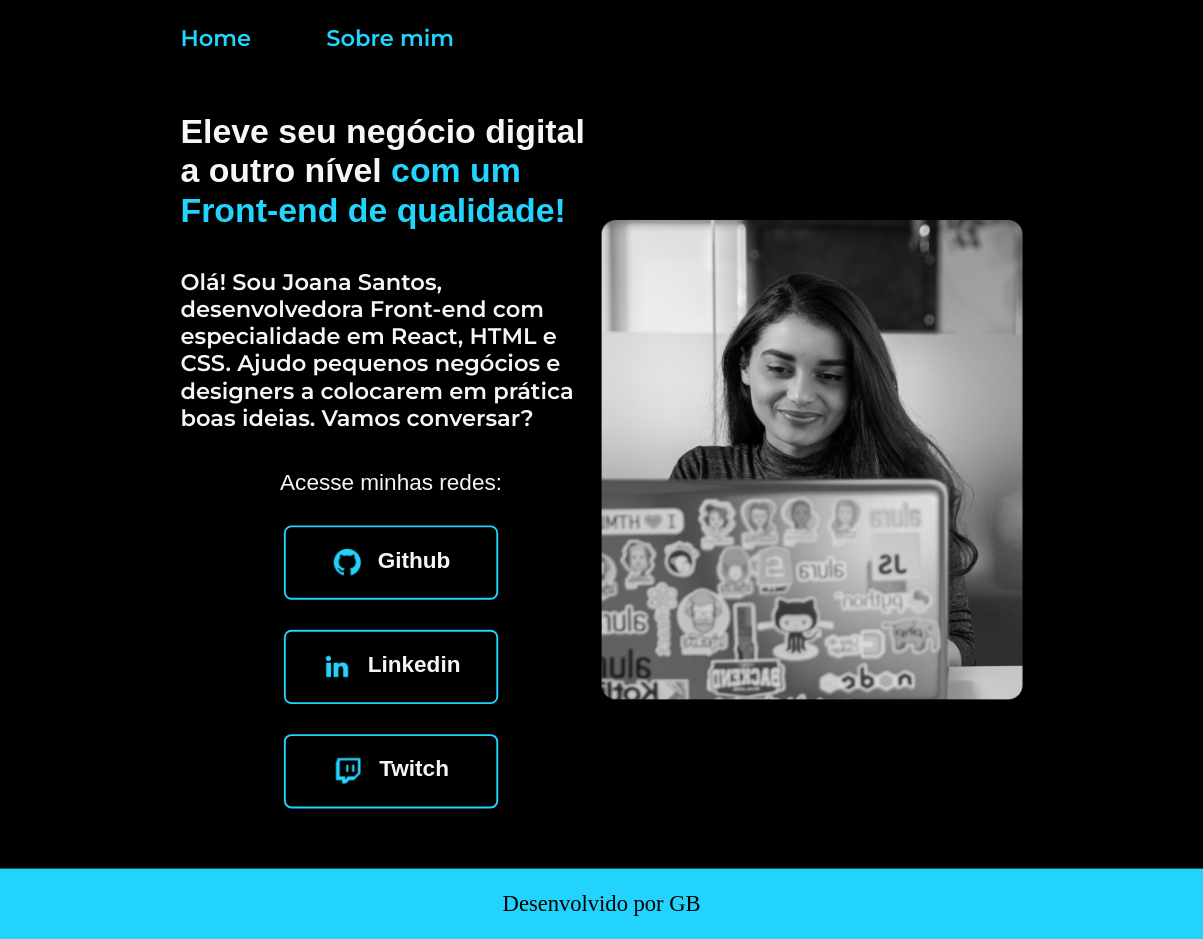
Repository: YoungAkira/CursoHtmlCss
Page: index.html
These files come from the project's save history. The page is drawn as it stood at one moment and after the next save; the edit follows.
The browser window is 1280 px wide. The pictures show the whole page, at 94% of full size.
Some web fonts or font styles are not loaded; a fallback is used.

Above is the page before, as saved 2023-05-24 11:01:28.

### index.html
<!--ESSE PROJETO NÃO É DE MINHA AUTORIA, APENAS UTILIZO-O PARA FINS DIDÁTICOS-->
<!--CREDITOS: ALURA.COM-->

<!DOCTYPE html>
<html lang="pt-br">
<head>
    <meta charset="UTF-8">
    <meta http-equiv="X-UA-Compatible" content="IE=edge">
    <meta name="viewport" content="width=device-width, initial-scale=1.0">
    <title>Portfolio</title>
    <link rel="stylesheet" href="./style/style.css">

</head>
<body>
    <header class="cabecalho">
        <nav class="cabecalho_menu">
            <a class="cabecalho_menu_link" href="index.html">Home</a>
            <a class="cabecalho_menu_link" href="about.html">Sobre mim</a>
        </nav>
    </header>
    <main class="apresentacao">
            <section class="apresentacao_conteudo">
                 <h1 class="apresentacao_conteudo_titulo">Eleve seu
                    negócio digital a outro nível <strong
                    class="titulo-destaque">com um Front-end de qualidade!</strong></h1>

                    <p class="apresentacao_conteudo_texto"> Olá! Sou Joana Santos, desenvolvedora Front-end
                        com especialidade em React, HTML e CSS. Ajudo
                        pequenos negócios e designers a colocarem em
                        prática boas ideias. Vamos conversar?</p>

                    <div class="apresentacao_links">
                        <h2 class="apresentacao_links_subtitulo">Acesse minhas redes:</h2>

                        <a class="apresentacao-links-navegacao" href="https://github.com/YoungAkira" target="_blank">
                            <img src="assets/github.png">
                            Github
                        </a>

                        <a class="apresentacao-links-navegacao" href="linkedin.com" target="_blank">
                            <img src="./assets/linkedin.png">
                            Linkedin
                        </a>

                        <a class="apresentacao-links-navegacao" href="twitch.tv" target="_blank">
                            <img src="./assets/twitch.png">
                            Twitch

                        </a>

                    </div>

            </section>
                    <img class="apresentacao_imagem" src="/assets/imagem.png" alt="Foto Joana Santos programando">
    </main>

    <footer class="rodape">
        <p>Desenvolvido por GB</p>
    </footer>
</body>
</html>

### style/style.css
@import url('https://fonts.googleapis.com/css2?family=Krona+One&family=Montserrat:wght@600&display=swap');


:root{
    --cor-primaria: #000000;
    --cor-secundaria:#F6F6F6;
    --cor-terciaria: #22D4FD;
    --cor-hover:#272727;

    --fonte-primaria: 'Krona One', sans-serif;
    --fonte-secundaria: 'Montserrat',sans-serif;
}


*{
    margin: 0;
    padding: 0;
}


body {
    background-color: var(--cor-primaria);
    box-sizing: border-box;
    color: var(--cor-secundaria);
}


.cabecalho{
    padding: 2% 0% 0% 15%;
}


.cabecalho_menu{
    display: flex;
    gap: 80px;
}



.cabecalho_menu_link{
    font-family: var(--fonte-secundaria);
    font-size: 1.5rem;
    font-weight: 600;
    color: var(--cor-terciaria);
    text-decoration: none;
}


.apresentacao{
    display: flex;
    align-items: center;
    justify-content: space-between;
    padding: 5% 15%;
}


.apresentacao_conteudo{
    width: 50%;
    display: flex;
    flex-direction: column;
    gap: 40px;
}


.apresentacao_conteudo_titulo{
    font-size: 2.25rem;
    font-family: var(--fonte-primaria);
}


.titulo-destaque {
    color: var(--cor-terciaria);
}


.apresentacao_conteudo_texto{
    font-size: 1.5rem;
    font-family: var(--fonte-secundaria);
}


.apresentacao_links{
    display: flex;
    flex-direction: column;
    justify-content: space-between;
    align-items: center;
    gap: 32px;
}


.apresentacao_links_subtitulo{
    font-size: 1.5rem;
    font-family:var(--fonte-primaria);
    font-weight: 400;


}


.apresentacao-links-navegacao{
    display: flex;
    justify-content: center;
    gap:16px;
    border: 2px solid var(--cor-terciaria);
    width: 50%;
    text-align: center;
    border-radius: 8px;
    font-size: 1.5rem;
    padding: 21.5px 0;
    text-decoration: none;
    color : var(--cor-secundaria);
    font-family: var(--fonte-primaria);
    font-weight: 600;
}


.apresentacao-links-link:hover{
    background-color:var(--cor-hover);
    padding: 3%;
}


.apresentacao_imagem{
    width: 50%;


}


.rodape{
    color: var(--cor-primaria);
    background-color: var(--cor-terciaria);
    text-align:center;
    padding: 24PX;
    font-family: var();
    font-size: 1.5rem;
    font-weight: 400;
}

After the next save:
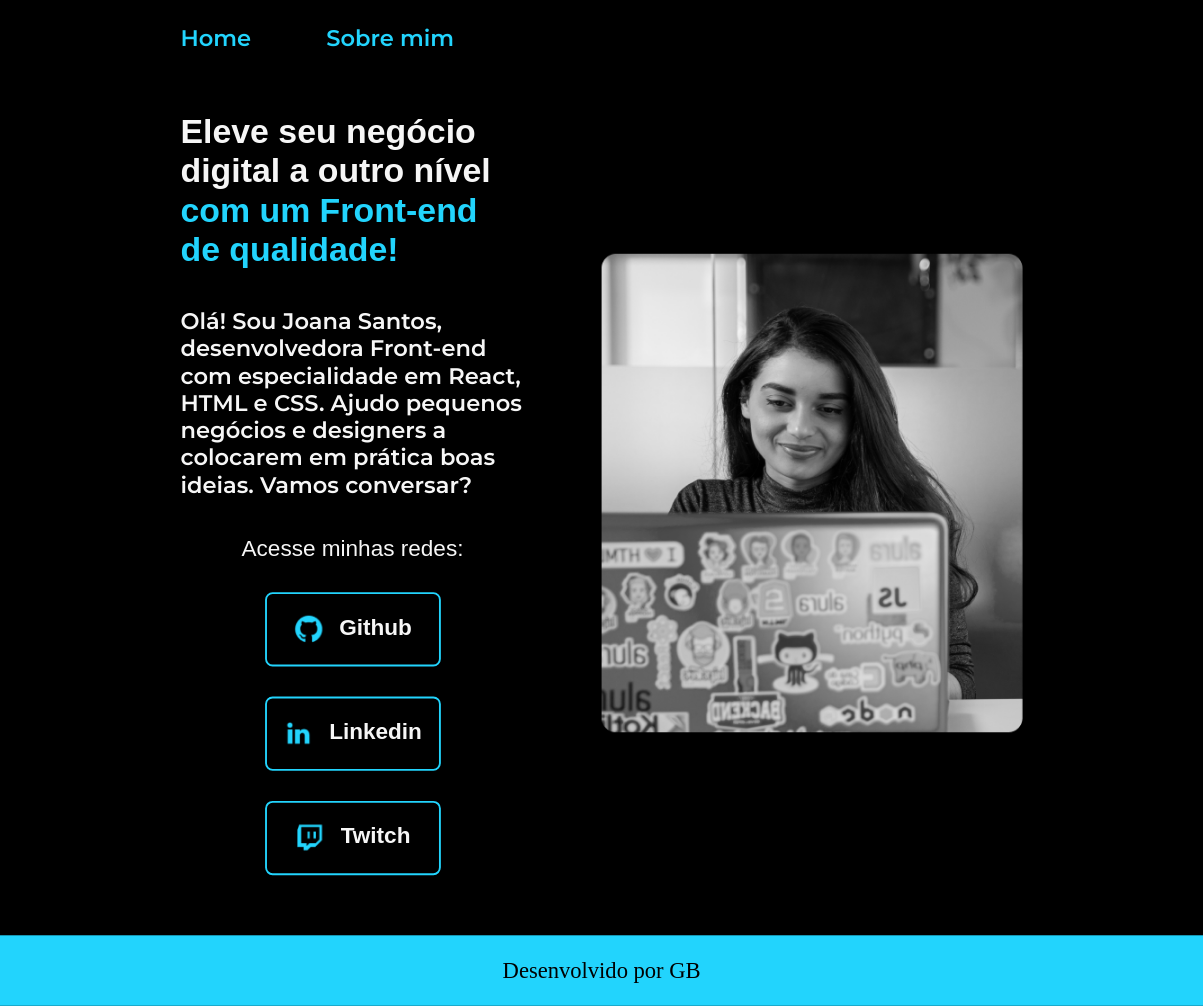
Saved 100 min 43 s later.
--- a/style/style.css
+++ b/style/style.css
@@ -51,6 +51,7 @@ body {
     align-items: center;
     justify-content: space-between;
     padding: 5% 15%;
+    gap: 82px;
 }
 
 
